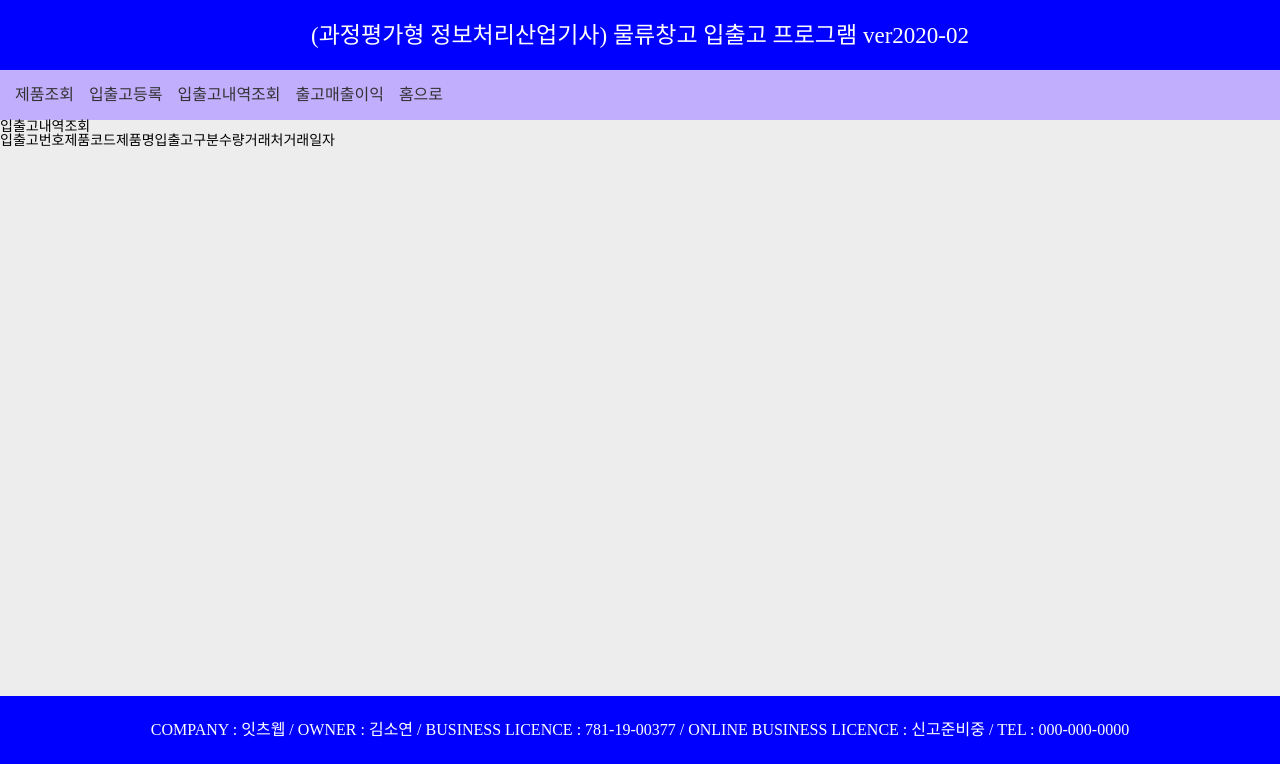
Repository: myeongwoo95/Engineer-Information-Processing
Page: http://localhost/TestProject/inputoutputlist.jsp
An editor plug-in stored every save of this project. The page is shown before and after the next save, followed by the edit.
The browser window is 1280 px wide. The pictures show the whole page.
The page is served by Tomcat 9.

Above is the page before, as saved 2021-06-24 14:04:24.

After the next save:
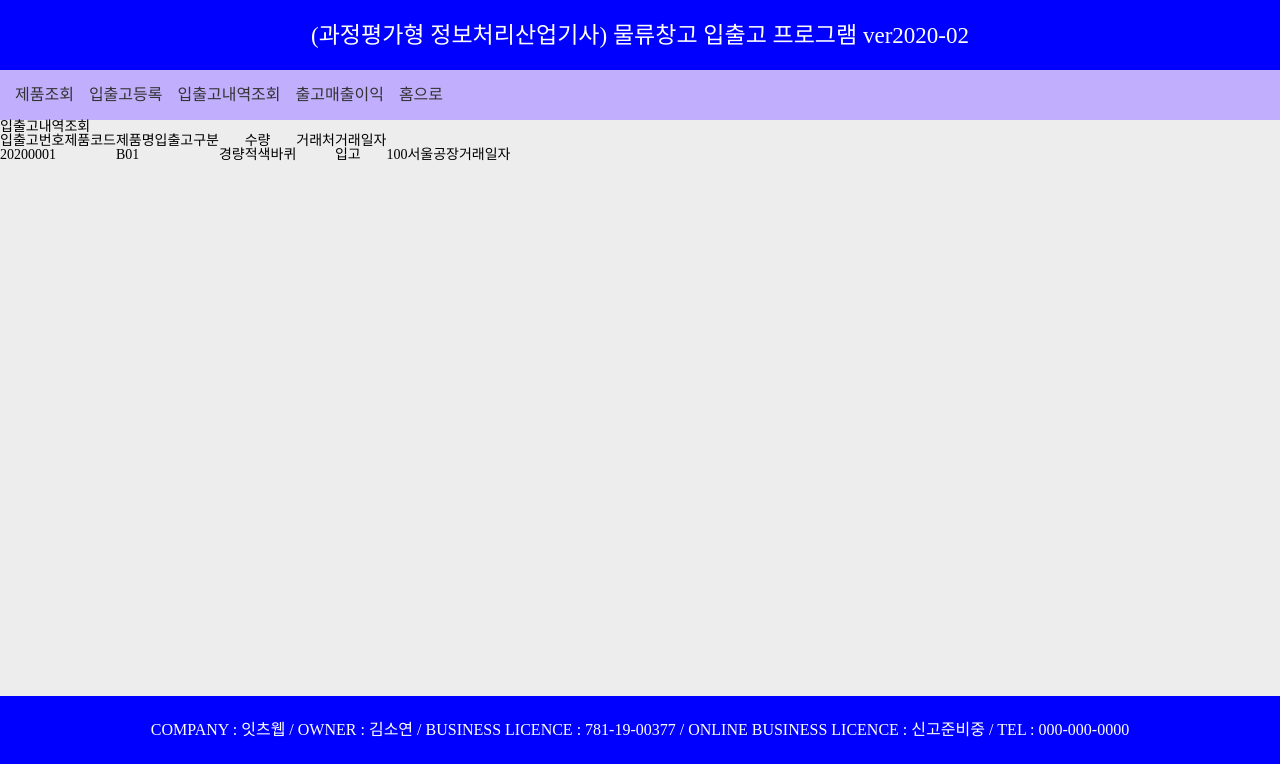
Saved 59 s later.
--- a/TestProject/src/main/webapp/inputoutputlist.jsp
+++ b/TestProject/src/main/webapp/inputoutputlist.jsp
@@ -37,6 +37,16 @@
 				<th>거래처</th>
 				<th>거래일자</th>
 			</tr>
+
+			<tr>
+				<td>20200001<td>
+				<td>B01<td>
+				<td>경량적색바퀴<td>
+				<td>입고<td>
+				<td>100<td>
+				<td>서울공장<td>
+				<td>거래일자<td>
+			</tr>
 		</table>
 	</section>
 
